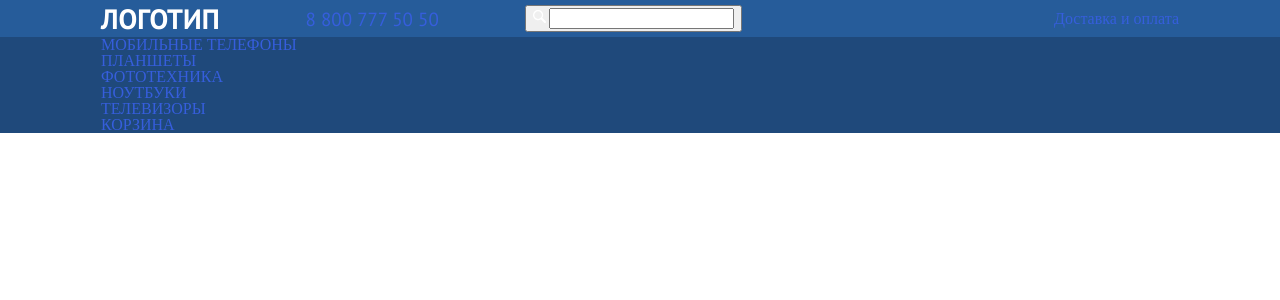
Repository: sem1103/WEBCompany
Page: index.html
The author's editor kept a copy of each file at every save. The page is drawn from the files as they stood at one save, then again after the next save.
The browser window is 1280 px wide. The pictures show the whole page.

Above is the page before, as saved 2024-01-11 18:39:47.

After the next save:
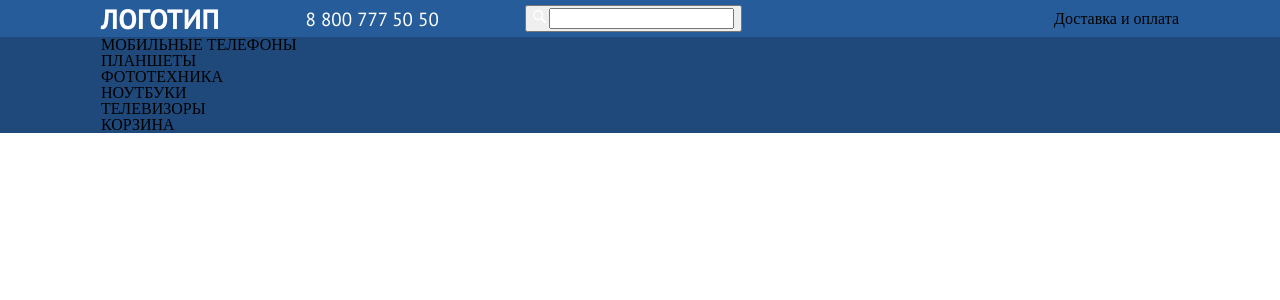
Saved 40 s later.
--- a/styles/reset.css
+++ b/styles/reset.css
@@ -1,7 +1,8 @@
 :root{
-    --green: #57aa32;
-    --gray: #2e2d2c;
-}
+    --blue: #265C9A;
+    --darkBlue: #1F497B;
+    --fontPT: 'PT Sans'
+ }
 html{
     scroll-behavior: smooth;
 }
@@ -137,7 +138,7 @@ table {
 
 a {
     text-decoration: none;
-    color: #365edc;
+    color: inherit;
     transition: all .3s ease-in-out
 }
 
